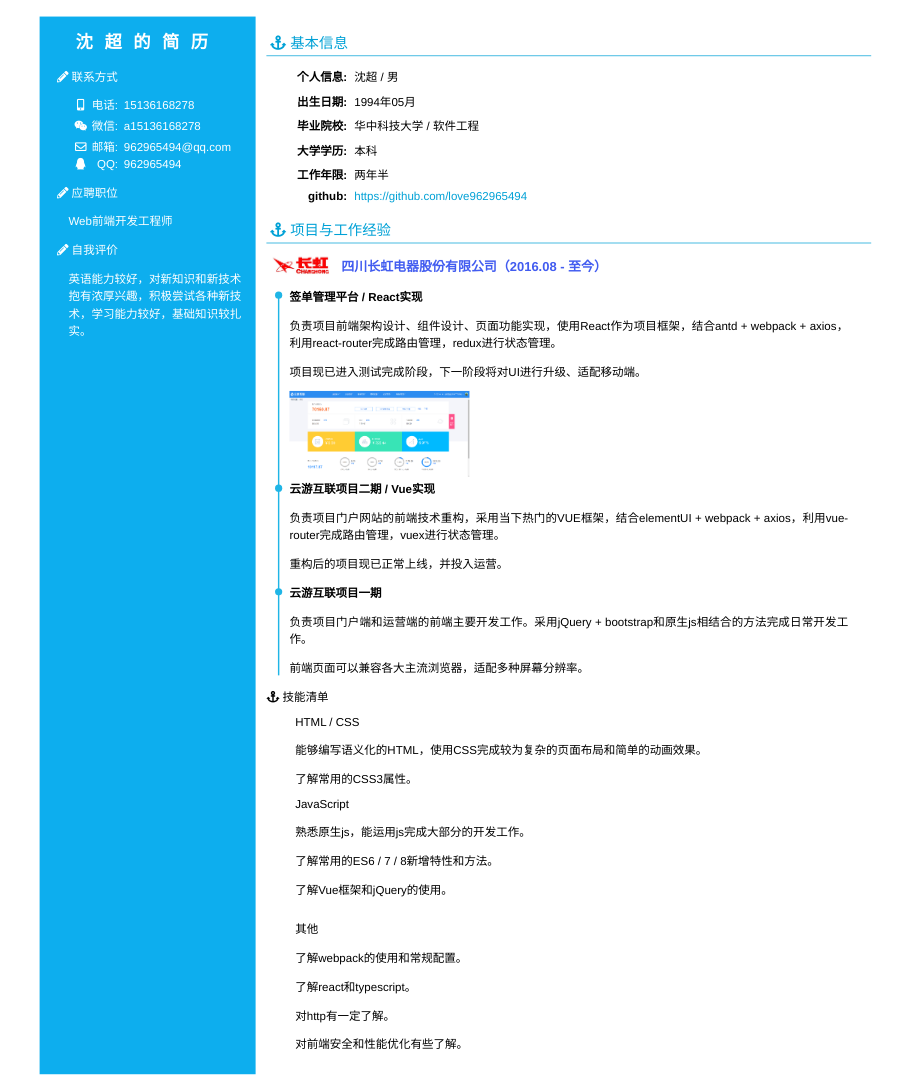
Repository: love962965494/my-resume
Page: index.html
The author's editor kept a copy of each file at every save. The page is drawn from the files as they stood at one save, then again after the next save.
The browser window is 1280 px wide. The pictures show the whole page, at 72% of full size.
Some web libraries are served in a nearby version. The style sheet was rebuilt from its Sass, Less or Tailwind sources for each picture, by a compiler version that may differ from the author's.

Above is the page before, as saved 2018-09-02 18:52:32.

After the next save:
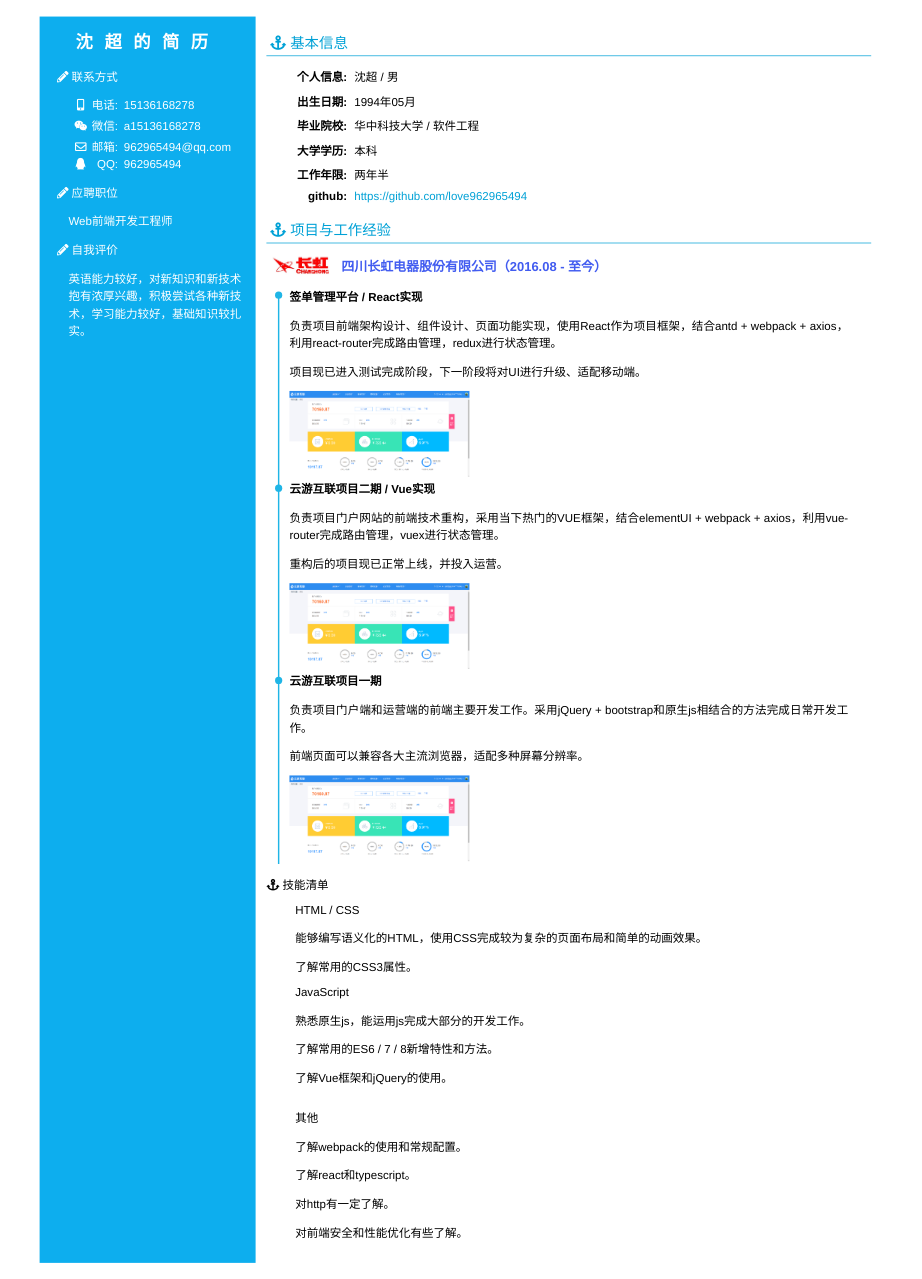
Saved 14 s later.
--- a/index.html
+++ b/index.html
@@ -142,7 +142,9 @@
                   <p>负责项目门户网站的前端技术重构，采用当下热门的VUE框架，结合elementUI + webpack + axios，利用vue-router完成路由管理，vuex进行状态管理。</p>
                   <p>重构后的项目现已正常上线，并投入运营。</p>
                 </div>
-                <div class="work__item--picture"></div>
+                <div class="work__item--picture">
+                  <img src="./image/new1.png" alt="签单管理平台实现效果图">
+                </div>
               </li>
               <li class="work__item">
                 <div class="work__item--name">云游互联项目一期</div>
@@ -150,7 +152,9 @@
                   <p>负责项目门户端和运营端的前端主要开发工作。采用jQuery + bootstrap和原生js相结合的方法完成日常开发工作。</p>
                   <p>前端页面可以兼容各大主流浏览器，适配多种屏幕分辨率。</p>
                 </div>
-                <div class="work__item--picture"></div>
+                <div class="work__item--picture">
+                  <img src="./image/new1.png" alt="签单管理平台实现效果图">
+                </div>
               </li>
             </ul>
           </li>
